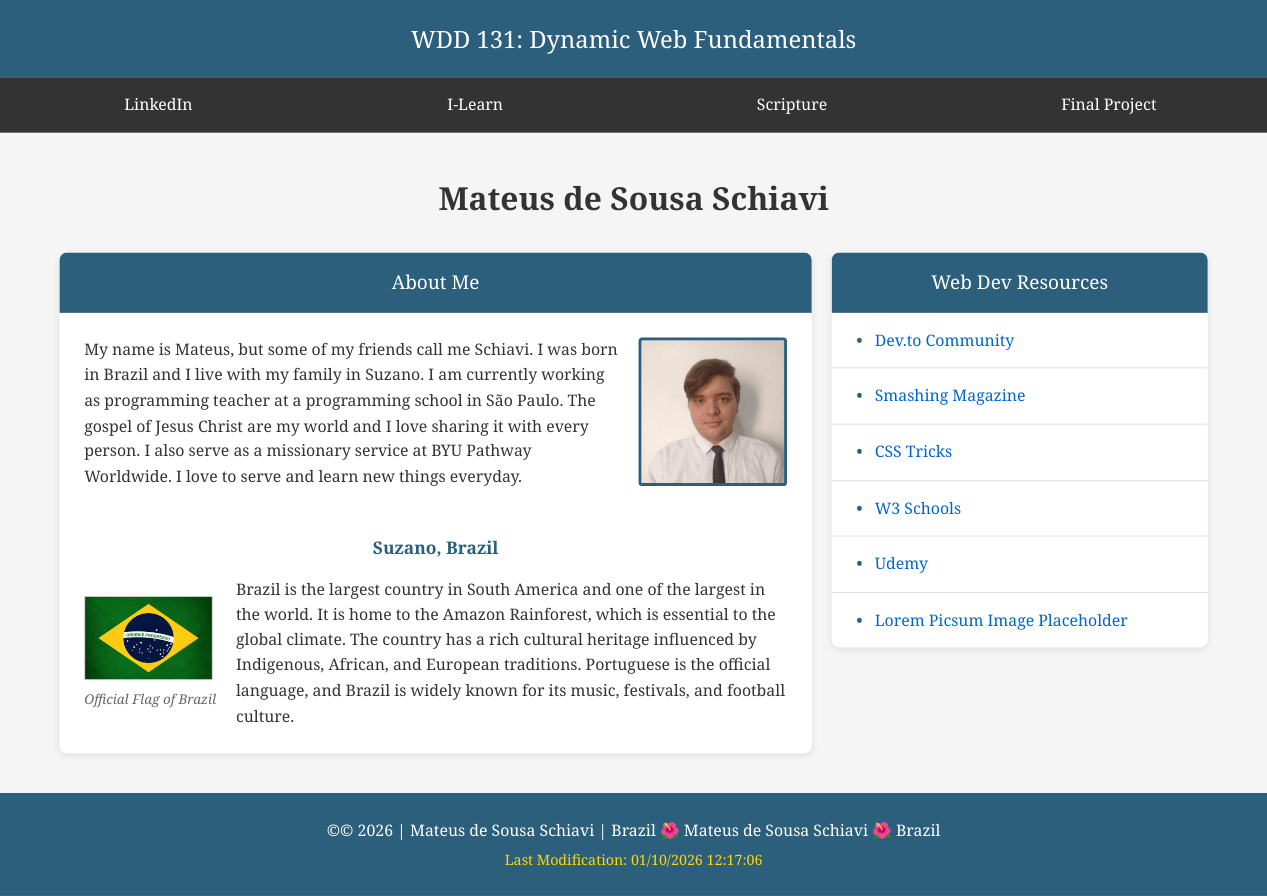
Repository: mateus-schiavi/wdd131
Page: index.html
An editor plug-in stored every save of this project. The page is shown before and after the next save, followed by the edit.
The browser window is 1280 px wide. The pictures show the whole page, at 99% of full size.
Some web fonts or font styles are not loaded; a fallback is used.

Above is the page before, as saved 2026-01-10 17:52:31.

### index.html
<!DOCTYPE html>
<html lang="en">

<head>
    <script src="./scripts/getdates.js" defer></script>
    <meta charset="UTF-8">
    <meta name="viewport" content="width=device-width, initial-scale=1.0">
    <meta name="author" content="Mateus de Sousa Schiavi">
    <meta name="description"
        content="Personal homepage for WDD 131 – Dynamic Web Fundamentals, featuring information about Mateus de Sousa Schiavi and useful web development resources.">
    <title>WDD 131 - Dynamic Web Fundamentals - Mateus de Sousa Schiavi</title>
    <link rel="stylesheet" href="./styles/base.css">
    <link rel="preconnect" href="https://fonts.googleapis.com">
    <link rel="preconnect" href="https://fonts.gstatic.com" crossorigin>
    <link href="https://fonts.googleapis.com/css2?family=Ancizar+Serif:ital,wght@0,300..900;1,300..900&display=swap"
        rel="stylesheet">
</head>

<body>
    <header>
        <h1 id="course-title">WDD 131: Dynamic Web Fundamentals</h1>
    </header>
    <nav>
        <a href="https://www.linkedin.com/in/mateus-de-sousa-schiavi/" target="_blank">LinkedIn</a>
        <a href="https://byupw.instructure.com/" target="_blank">I-Learn</a>
        <a href="https://www.churchofjesuschrist.org/study/scriptures/nt/matt/24?lang=eng&id=p14#p14"
            target="_blank">Scripture</a>
        <a href="#">Final Project</a>
    </nav>
    <main>
        <h2>Mateus de Sousa Schiavi</h2>
        <div class="content-wrapper">
            <section class="card about-card">
                <h3>About Me</h3>
                <div class="about-content">
                    <div class="text-content">
                        <p>
                            My name is Mateus, but some of my friends call me Schiavi. I was born in Brazil and I live
                            with my family in Suzano. I am currently working as programming teacher at a programming
                            school in São Paulo. The gospel of Jesus Christ are my world and I love sharing it with
                            every person. I also serve as a missionary service at BYU Pathway Worldwide. I love to serve
                            and learn new things everyday.
                        </p>
                    </div>
                    <img src="./images/profile.jpg" alt="Profile picture of Mateus de Sousa Schiavi">
                </div>
                <div class="country">
                    <h4>Suzano, Brazil</h4>
                    <div class="country-content">
                        <figure>
                            <img src="./images/brazilian_flag.jpg" alt="Official flag of Brazil">
                            <figcaption>Official Flag of Brazil</figcaption>
                        </figure>
                        <p>
                            Brazil is the largest country in South America and one of the largest in the world.
                            It is home to the Amazon Rainforest, which is essential to the global climate.
                            The country has a rich cultural heritage influenced by Indigenous, African, and
                            European traditions. Portuguese is the official language, and Brazil is widely
                            known for its music, festivals, and football culture.
                        </p>
                    </div>
                </div>
            </section>
            <section class="card resources-card">
                <h3>Web Dev Resources</h3>
                <ul>
                    <li><a href="https://dev.to/" target="_blank">Dev.to Community</a></li>
                    <li><a href="https://www.smashingmagazine.com/" target="_blank">Smashing Magazine</a></li>
                    <li><a href="https://css-tricks.com/" target="_blank">CSS Tricks</a></li>
                    <li><a href="https://www.w3schools.com/" target="_blank">W3 Schools</a></li>
                    <li><a href="https://www.udemy.com/" target="_blank">Udemy</a></li>
                    <li><a href="https://picsum.photos/" target="_blank">Lorem Picsum Image Placeholder</a></li>
                </ul>
            </section>
        </div>
    </main>
    <footer>
        <p>©<span id="currentYear"></span> 🌺 Mateus de Sousa Schiavi 🌺 Brazil</p>
        <p id="lastModified"></p>
    </footer>
</body>

</html>

### scripts/getdates.js
const currentYear = new Date().getFullYear();

document.getElementById("currentYear").textContent = `© ${currentYear} | Mateus de Sousa Schiavi | Brazil`;

const lastModifiedDate = document.lastModified;

document.getElementById("lastModified").textContent = `Last Modification: ${lastModifiedDate}`;

### styles/base.css
* {
  margin: 0;
  padding: 0;
  box-sizing: border-box;
}

body {
  font-family: 'Ancizar Serif', Georgia, serif;
  background-color: #f5f5f5;
  line-height: 1.6;
}

/* Header */
header {
  background-color: #2c5f7c;
  color: white;
  padding: 20px;
  text-align: center;
}

#course-title {
  font-size: 1.5rem;
  font-weight: normal;
  margin: 0;
}

/* Navigation */
nav {
  background-color: #333;
  display: flex;
  justify-content: space-around;
  flex-wrap: wrap;
}

nav a {
  color: white;
  text-decoration: none;
  padding: 15px 20px;
  display: block;
  transition: background-color 0.3s;
  flex: 1;
  text-align: center;
}

nav a:hover {
  background-color: #555;
}

/* Main Content */
main {
  max-width: 1200px;
  margin: 40px auto;
  padding: 0 20px;
}

main > h2 {
  text-align: center;
  font-size: 2rem;
  margin-bottom: 30px;
  color: #333;
}

.content-wrapper {
  display: grid;
  grid-template-columns: 2fr 1fr;
  gap: 20px;
}

/* Card Sections */
.card {
  background-color: white;
  border-radius: 8px;
  box-shadow: 0 2px 8px rgba(0, 0, 0, 0.1);
  overflow: hidden;
}

.card h3 {
  background-color: #2c5f7c;
  color: white;
  padding: 15px;
  text-align: center;
  font-size: 1.2rem;
  margin: 0;
  font-weight: normal;
}

/* About Me Card */
.about-card .about-content {
  padding: 25px;
  display: flex;
  gap: 20px;
  align-items: flex-start;
}

.text-content {
  flex: 1;
}

.text-content p {
  color: #333;
  text-align: left;
}

.about-content img {
  width: 150px;
  height: auto;
  border: 3px solid #2c5f7c;
  border-radius: 4px;
  flex-shrink: 0;
}

/* Country Section */
.country {
  padding: 25px;
  padding-top: 20px;
}

.country h4 {
  text-align: center;
  color: #2c5f7c;
  margin-bottom: 15px;
  font-size: 1.1rem;
}

.country-content {
  display: flex;
  gap: 20px;
  align-items: center;
  margin-top: 15px;
}

.country-content figure {
  text-align: center;
  margin: 0;
  flex-shrink: 0;
}

.country-content figure img {
  width: 130px;
  height: auto;
  border: 1px solid #ccc;
  display: block;
  margin-bottom: 8px;
}

.country-content figcaption {
  font-size: 0.85rem;
  font-style: italic;
  color: #666;
}

.country-content p {
  flex: 1;
  color: #333;
  text-align: left;
}

/* Web Dev Resources Card */
.resources-card {
  align-self: start;
}

.resources-card ul {
  list-style: none;
  padding: 0;
  margin: 0;
}

.resources-card li {
  border-bottom: 1px solid #e0e0e0;
}

.resources-card li:last-child {
  border-bottom: none;
}

.resources-card a {
  display: block;
  padding: 15px 25px;
  color: #0066cc;
  text-decoration: none;
  transition: background-color 0.2s;
}

.resources-card a:hover {
  background-color: #f0f7ff;
  text-decoration: underline;
}

.resources-card a::before {
  content: "• ";
  color: #2c5f7c;
  font-weight: bold;
  margin-right: 8px;
}

/* Footer */
footer {
  background-color: #2c5f7c;
  color: white;
  text-align: center;
  padding: 20px;
  margin-top: 40px;
}

footer p {
  margin: 5px 0;
}

#lastModified {
  font-size: 0.9rem;
  color: #ffd700;
}

/* Responsive Design */
@media (max-width: 900px) {
  .content-wrapper {
    grid-template-columns: 1fr;
  }
}

@media (max-width: 768px) {
  nav {
    flex-direction: column;
  }

  nav a {
    border-bottom: 1px solid #555;
  }

  nav a:last-child {
    border-bottom: none;
  }

  .about-content {
    flex-direction: column;
    align-items: center !important;
    text-align: center;
  }

  .text-content p {
    text-align: center !important;
  }

  .country-content {
    flex-direction: column;
    text-align: center;
  }

  .country-content p {
    text-align: center !important;
  }

  main > h2 {
    font-size: 1.5rem;
  }
}

After the next save:
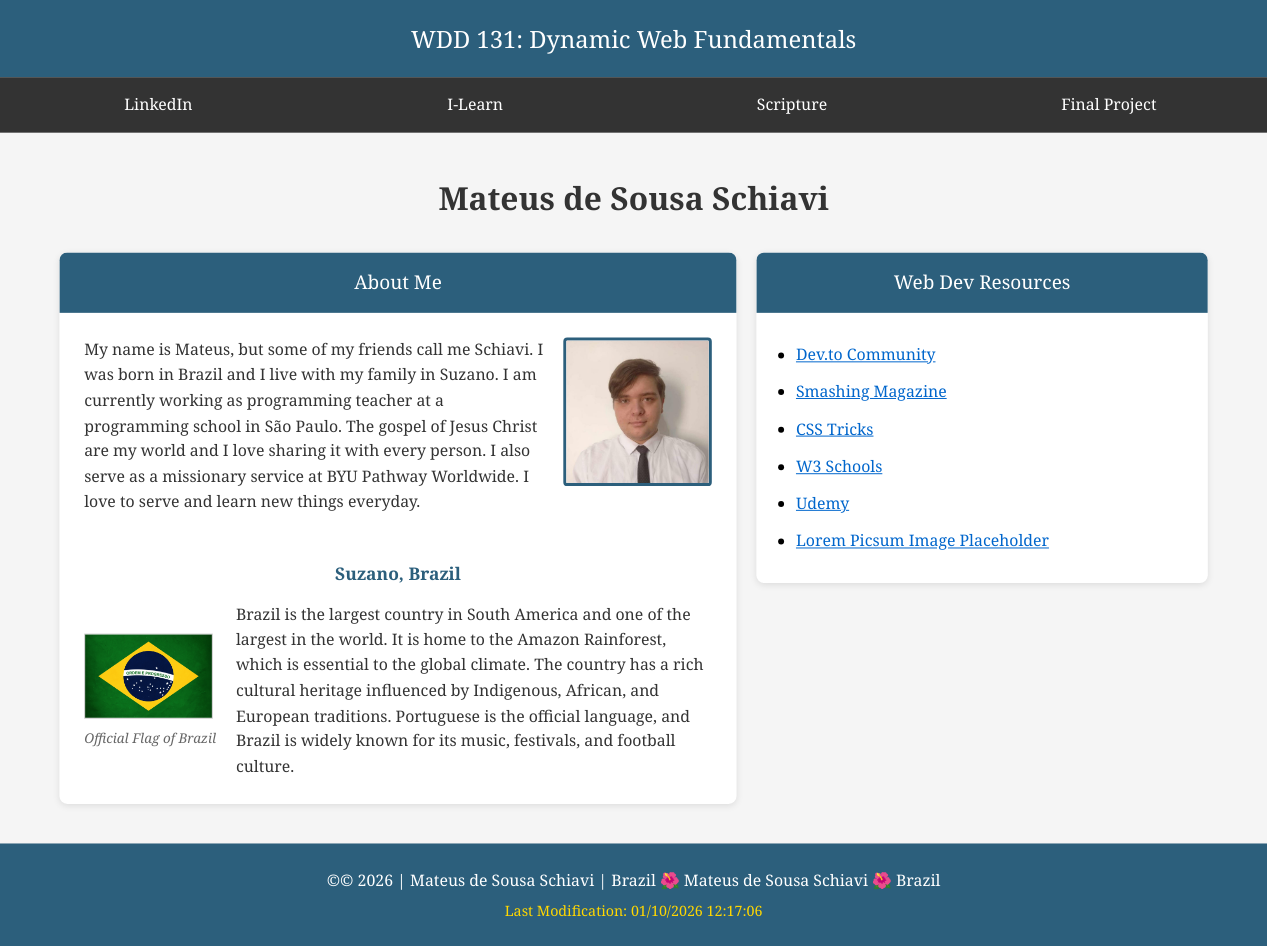
Saved 27 s later.
--- a/styles/base.css
+++ b/styles/base.css
@@ -10,7 +10,6 @@ body {
   line-height: 1.6;
 }
 
-/* Header */
 header {
   background-color: #2c5f7c;
   color: white;
@@ -62,7 +61,7 @@ main > h2 {
 
 .content-wrapper {
   display: grid;
-  grid-template-columns: 2fr 1fr;
+  grid-template-columns: 1.5fr 1fr;
   gap: 20px;
 }
 
@@ -161,37 +160,27 @@ main > h2 {
 }
 
 .resources-card ul {
-  list-style: none;
-  padding: 0;
+  list-style: disc;
+  padding: 30px 40px;
   margin: 0;
 }
 
 .resources-card li {
-  border-bottom: 1px solid #e0e0e0;
+  margin-bottom: 12px;
 }
 
 .resources-card li:last-child {
-  border-bottom: none;
+  margin-bottom: 0;
 }
 
 .resources-card a {
-  display: block;
-  padding: 15px 25px;
   color: #0066cc;
-  text-decoration: none;
-  transition: background-color 0.2s;
+  text-decoration: underline;
+  transition: color 0.2s;
 }
 
 .resources-card a:hover {
-  background-color: #f0f7ff;
-  text-decoration: underline;
-}
-
-.resources-card a::before {
-  content: "• ";
-  color: #2c5f7c;
-  font-weight: bold;
-  margin-right: 8px;
+  color: #004499;
 }
 
 /* Footer */
